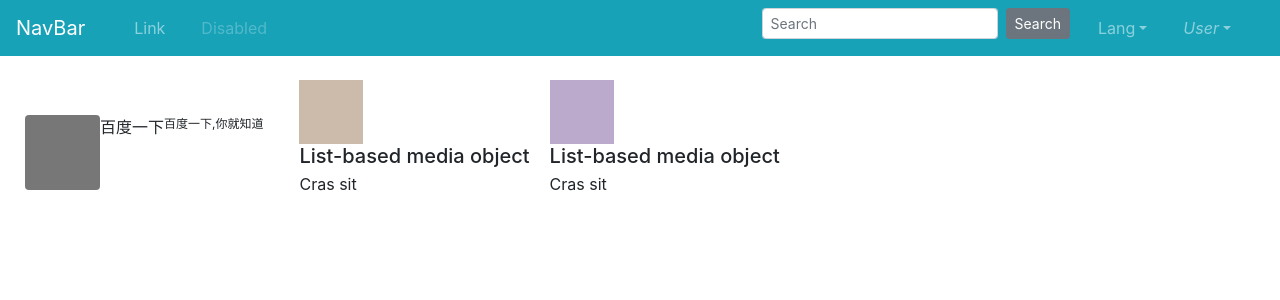
Repository: Funnyrz/vue-nav
Page: /
The author's editor kept a copy of each file at every save. The page is drawn from the files as they stood at one save, then again after the next save.
The browser window is 1280 px wide. The pictures show the whole page.
The project was rebuilt for these pictures with package versions that can differ from the ones it lists, and the page was loaded fresh each time.

Above is the page before, as saved 2020-08-26 11:56:04.

After the next save:
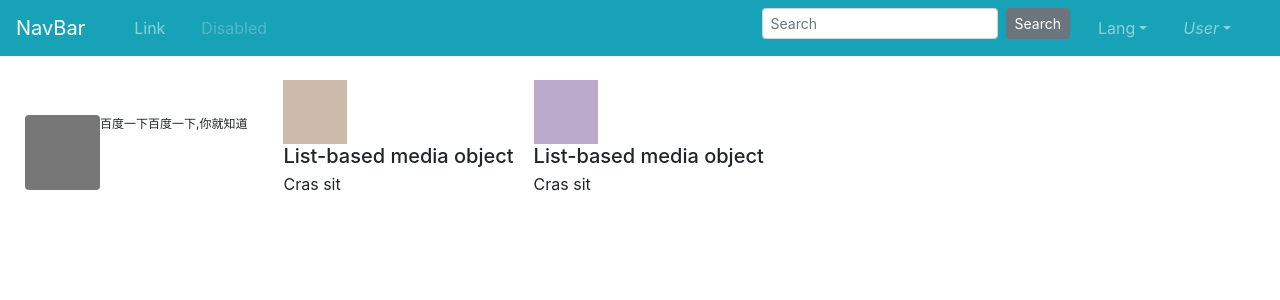
Saved 13 s later.
--- a/src/components/HelloWorld.vue
+++ b/src/components/HelloWorld.vue
@@ -45,7 +45,9 @@
             <b-media tag="li">
               <template v-slot:aside>
                 <b-img v-bind="mainProps" rounded alt="placeholder"></b-img>
+                  <div style="font-size:12px; position: relative;bottom:0px">
                 百度一下
+                  </div>
                 <div style="font-size:12px; position: relative;bottom:0px">
                 百度一下,你就知道
                 </div>

After the save that followed:
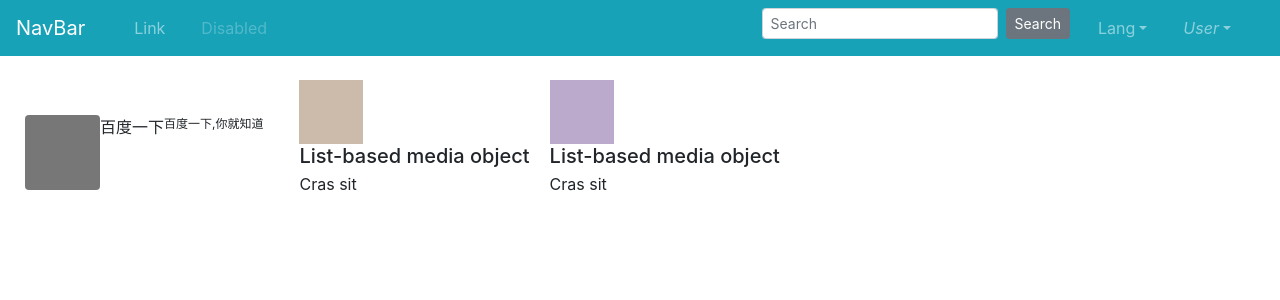
Saved 19 s later.
--- a/src/components/HelloWorld.vue
+++ b/src/components/HelloWorld.vue
@@ -45,7 +45,7 @@
             <b-media tag="li">
               <template v-slot:aside>
                 <b-img v-bind="mainProps" rounded alt="placeholder"></b-img>
-                  <div style="font-size:12px; position: relative;bottom:0px">
+                  <div style="position: relative;top:0px">
                 百度一下
                   </div>
                 <div style="font-size:12px; position: relative;bottom:0px">
